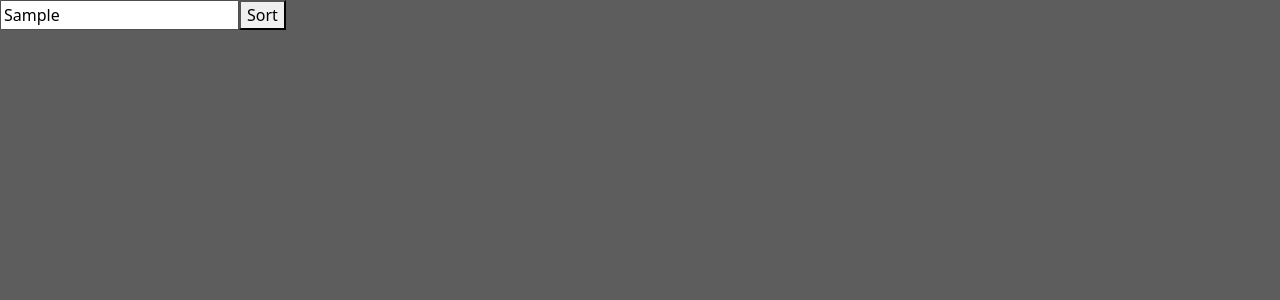
Repository: fernandabenavides618nash/INDIVIDUAL-PROJECT-sorting-hat
Page: index2.html
The author's editor kept a copy of each file at every save. The page is drawn from the files as they stood at one save, then again after the next save.
The browser window is 1280 px wide. The pictures show the whole page.
Empty fields were first filled with sample values (such as "Sample", 5 or name@example.com).
After loading, the first visible `button` was clicked once.

Above is the page before, as saved 2023-05-03 19:08:20.

After the next save:
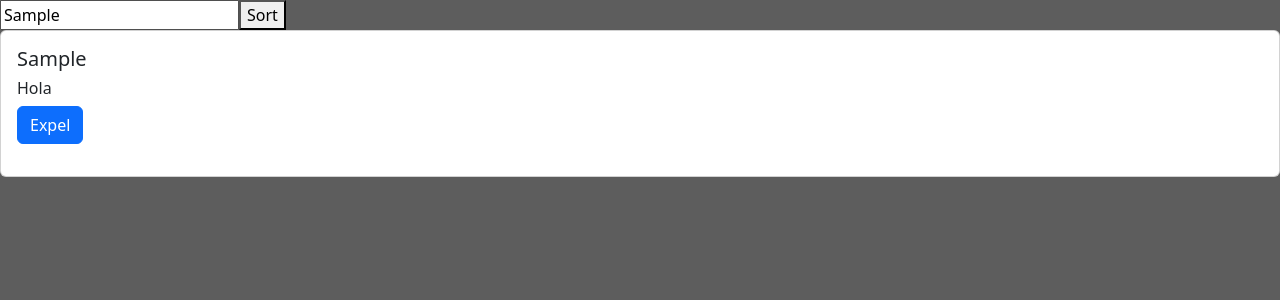
Saved 7 min 8 s later.
--- a/main2.js
+++ b/main2.js
@@ -10,13 +10,12 @@
 
  form.appendChild(inName)
  form.appendChild(btnSubmit)
-
  main.appendChild(form)
 
 
  btnSubmit.addEventListener('click', ()=> {
-
-
+  const newCard = createCard(inName.value, 'Hola')
+  main.appendChild(newCard)
  })
 }
 
@@ -26,20 +25,26 @@
   const cardBody = document.createElement("div");
   const cardName = document.createElement("h5");
   const cardHouse = document.createElement("h6");
+  const btnExpel = document.createElement('button')
 
   //style, ids
   card.className = "card";
   cardBody.className = "card-body";
   cardName.className = "card-title";
+  btnExpel.className = "btn btn-primary mb-3"
 
   //content
   cardName.innerHTML = name
   cardHouse.innerHTML = house
+  btnExpel.innerText = 'Expel'
 
   //structure
   cardBody.appendChild(cardName)
   cardBody.appendChild(cardHouse)
+  cardBody.appendChild(btnExpel)
   card.appendChild(cardBody)
+
+  //events
 
   return card
 };

After the 2 saves that followed:
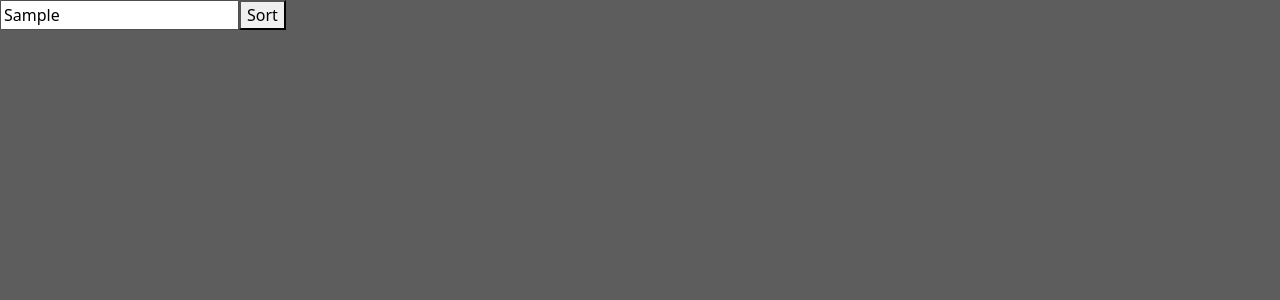
Console error: TypeError: Cannot read properties of null (reading 'appendChild')
The 2 saves are shown as one change because 1 left the picture as it was.
The last was saved 8 min 28 s later.
--- a/main2.js
+++ b/main2.js
@@ -1,4 +1,6 @@
 const main = document.getElementById("main");
+const hogwarts = document.getElementById('hogwarts')
+const voldemorts = document.getElementById('voldemorts')
 
 const createForm = () => {
  const form = document.createElement('div')
@@ -15,7 +17,7 @@
 
  btnSubmit.addEventListener('click', ()=> {
   const newCard = createCard(inName.value, 'Hola')
-  main.appendChild(newCard)
+  hogwarts.appendChild(newCard)
  })
 }
 
